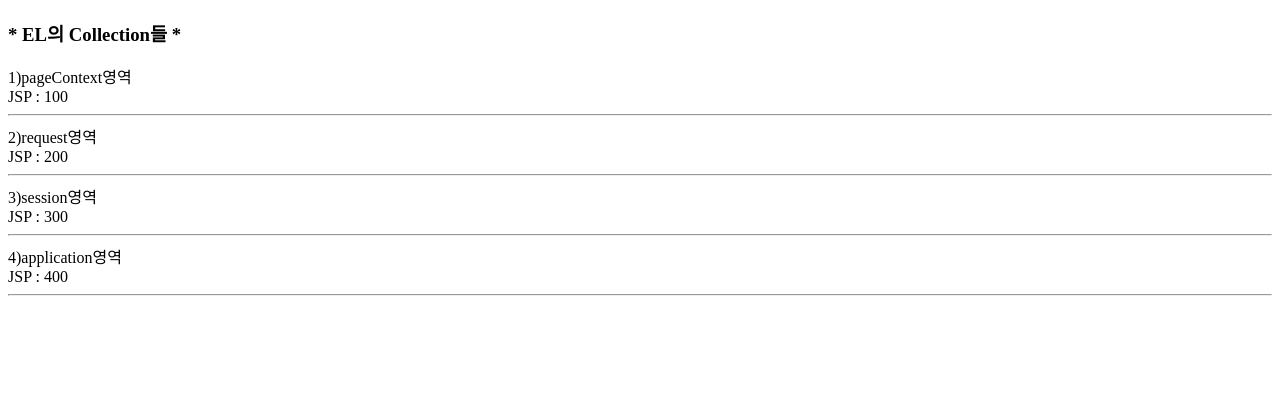
Repository: wlsgml0156/basicJava
Page: http://localhost/mvcTest/el/elTest2.jsp
The author's editor kept a copy of each file at every save. The page is drawn from the files as they stood at one save, then again after the next save.
The browser window is 1280 px wide. The pictures show the whole page.
The page is served by Tomcat 9. Other server files are loaded and not shown.

Above is the page before, as saved 2020-01-30 01:45:29.

### mvcTest/WebContent/el/elTest2.jsp
<%@ page language="java" contentType="text/html; charset=UTF-8"%>
<!DOCTYPE html>
<html>
<head>
<meta charset="UTF-8">
<title>elTest2.jsp</title>
</head>
<body>
<h3>* EL의 Collection들 *</h3>
<%
  //웹의 내장변수
  pageContext.setAttribute("kor", 100);
  request.setAttribute("eng", 200);
  session.setAttribute("mat", 300);
  application.setAttribute("aver", 400);
%>

1)pageContext영역<br>
JSP : <%=pageContext.getAttribute("kor")%><br>
<hr>

2)request영역<br>
JSP : <%=request.getAttribute("eng")%><br>
<hr>

3)session영역<br>
JSP : <%=session.getAttribute("mat")%><br>
<hr>

4)application영역<br>
JSP : <%=application.getAttribute("aver")%><br>
<hr>










</body>
</html>

After the next save:
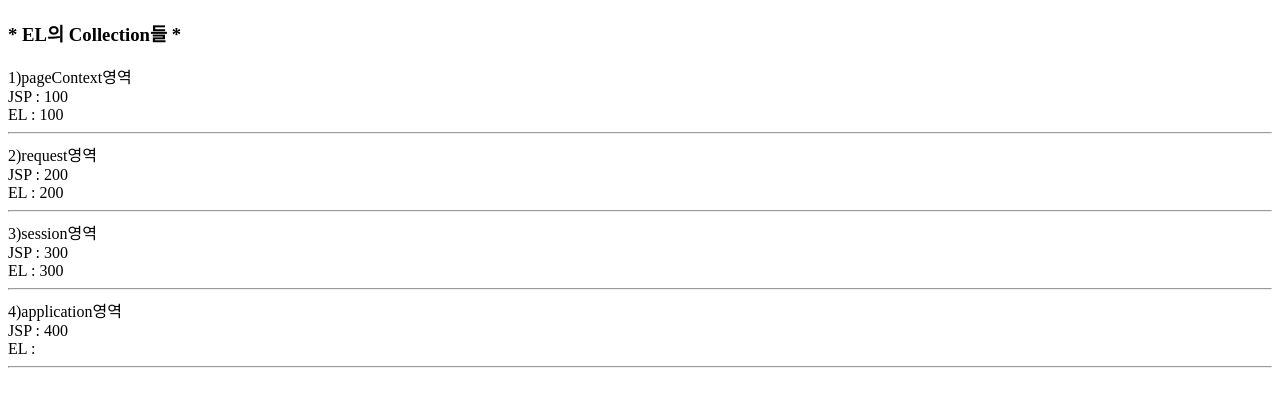
Saved 6 min 19 s later.
--- a/mvcTest/WebContent/el/elTest2.jsp
+++ b/mvcTest/WebContent/el/elTest2.jsp
@@ -17,18 +17,23 @@
 
 1)pageContext영역<br>
 JSP : <%=pageContext.getAttribute("kor")%><br>
+EL  : ${pageScope.kor}<br>
 <hr>
 
 2)request영역<br>
 JSP : <%=request.getAttribute("eng")%><br>
+EL  : ${requestScope.eng}<br>
 <hr>
 
 3)session영역<br>
 JSP : <%=session.getAttribute("mat")%><br>
+EL  : ${sessionScope.mat}<br>
 <hr>
 
 4)application영역<br>
 JSP : <%=application.getAttribute("aver")%><br>
+EL  : ${applicationScope.kor}<br>
+
 <hr>
 
 
